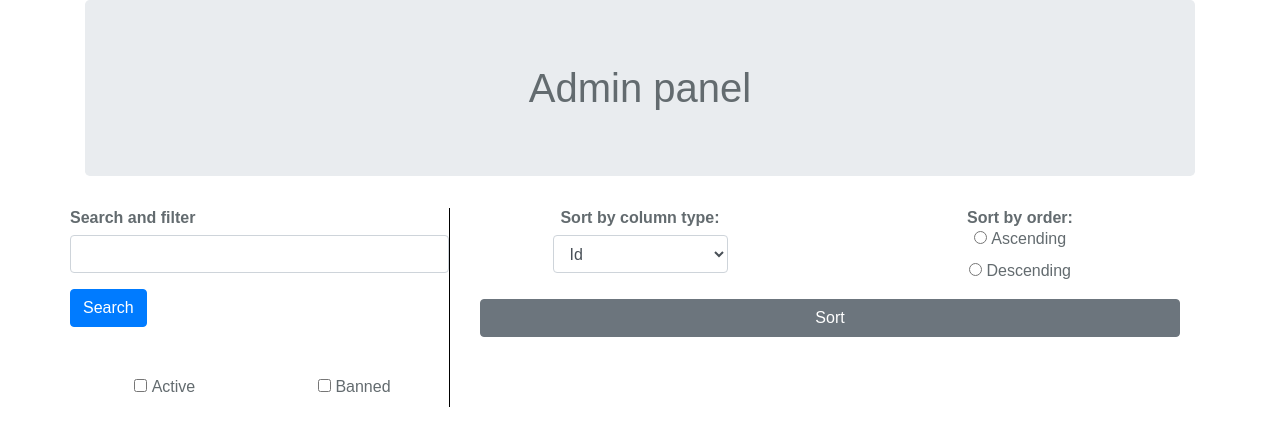
Repository: WOLVGVNG/gameclan
Page: resources/views/admin_panel.blade.php
The author's editor kept a copy of each file at every save. The page is drawn from the files as they stood at one save, then again after the next save.
The browser window is 1280 px wide. The pictures show the whole page.
The page is served by the project's Laravel application, run on PHP 8.4 with Laravel 8. Other server files are loaded and not shown. The template is opened directly, without the code that normally fills it, so the values that code supplies are empty.

Above is the page before, as saved 2019-03-20 17:55:37.

### routes/web.php
<?php

/*
|--------------------------------------------------------------------------
| Web Routes
|--------------------------------------------------------------------------
|
| Here is where you can register web routes for your application. These
| routes are loaded by the RouteServiceProvider within a group which
| contains the "web" middleware group. Now create something great!
|
*/

Route::get('/', 'AdminPanelController@index');

### resources/views/admin_panel.blade.php
@extends('layout.app')
@section('content')
<div class='container text-center'>
    <h1 class='jumbotron'>Admin panel</h1>
    <form action='/' method='GET'>
        <div class='row'>
            <div class='col-md-4 mx-3 mx-md-0' style='border-right: 1px solid black'>
                <!-----------------------------SZUKANIE---------------------------->
                <div class='row'>
                    <h6 class='font-weight-bold'>Search and filter</h6>
                    <input type='text' class='form-control' name='search' value='{{ session('search') }}'>
                </div>
                <div class='row'>
                    <button type='submit' class='btn btn-primary mt-3'>Search</button>
                </div>

                <!-----------------------------FILTROWANIE---------------------------->
                <div class='row mt-5'>
                    <div class='col'>
                        <input type='checkbox' name='filter_active' id='filter_active' value='{{ session('filter_active') }}'>
                        <label for='filter_active'>Active</label>
                    </div>
                    <div class='col'>
                        <input type='checkbox' name='filter_banned' id='filter_banned' value='{{ session('filter_banned') }}'>
                        <label for='filter_banned'>Banned</label>
                    </div>
                </div>
            </div>

            <div class='col-md-8'>
                <!-----------------------------SORTOWANIE---------------------------->
                <div class='row'>
                    <div class='col-sm-6'>
                        <h6 class='font-weight-bold mt-4 mt-md-0'>Sort by column type:</h6>
                        <select class='form-control w-50 mx-auto' name='sort_type' value='{{ session('sort_type') }}'>
                            {{--<option>{{ session('sort_type') }}</option>--}}
                            <option value='id' @if(session('sort_type') == 'id') echo selected @endif>Id</option>
                            <option value='user_name' @if(session('sort_type') == 'user_name') echo selected @endif>User name</option>
                            <option value='email' @if(session('sort_type') == 'email') echo selected @endif>E-mail</option>
                            <option value='active' @if(session('sort_type') == 'active') echo selected @endif>Active</option>
                            <option value='banned' @if(session('sort_type') == 'banned') echo selected @endif>Banned</option>
                            <option value='notifiable_email' @if(session('sort_type') == 'notifiable_email') echo selected @endif>Notifiable email</option>
                            <option value='email_verified_at' @if(session('sort_type') == 'email_verified_at') echo selected @endif>Email verification date</option>
                            <option value='points' @if(session('sort_type') == 'points') echo selected @endif>Points</option>
                            <option value='steam_id' @if(session('sort_type') == 'steam_id') echo selected @endif>Steam id</option>
                            <option value='facebook_id' @if(session('sort_type') == 'facebook_id') echo selected @endif>Facebook id</option>
                            <option value='google_id' @if(session('sort_type') == 'google_id') echo selected @endif>google id</option>
                            <option value='geo' @if(session('sort_type') == 'geo') echo selected @endif>Country</option>
                            <option value='lang' @if(session('sort_type') == 'lang') echo selected @endif>Language</option>
                            <option value='ref' @if(session('sort_type') == 'ref') echo selected @endif>Ref</option>
                            <option value='ref_status' @if(session('sort_type') == 'ref_status') echo selected @endif>Ref status</option>
                            <option value='ref_code' @if(session('sort_type') == 'ref_code') echo selected @endif>Ref code</option>
                            <option value='deleted_at' @if(session('sort_type') == 'deleted_at') echo selected @endif>The date of removal</option>
                            <option value='created_at' @if(session('sort_type') == 'created_at') echo selected @endif>Creation date</option>
                            <option value='updated_at' @if(session('sort_type') == 'updated_at') echo selected @endif>Update date</option>
                        </select>
                    </div>
                    <div class='col-sm-6'>
                        <h6 class='font-weight-bold my-4 my-md-0'>Sort by order:</h6>
                        <input type='radio' name='sort_order' value='asc' id='asc'
                                @if(session('sort_order') == 'asc') echo checked @endif>
                        <label for='asc'>Ascending</label>
                        <br>
                        <input type='radio' name='sort_order' value='desc' id='desc'
                                @if(session('sort_order') == 'desc') echo checked @endif>
                        <label for='desc'>Descending</label>
                    </div>
                </div>
                <div class='col mt-2 mb-5'>
                    <button type='submit' class='btn btn-block btn-secondary'>Sort</button>
                </div>
            </form>

            <!-----------------------------WYŚWIETLANIE---------------------------->
            @foreach($users as $user)
                <div class='row mb-5'>
                    <div class='user-part-div col'>
                        <p class='font-weight-bold'>id</p>
                        <p>{{$user->id}}</p>
                    </div>
                    <div class='user-part-div col'>
                        <p class='font-weight-bold'>user_name</p>
                        <p>{{$user->user_name}}</p>
                    </div>
                    <div class='user-part-div col'>
                        <p class='font-weight-bold'>email</p>
                        <p>{{$user->email}}</p>
                    </div>
                    @if($user->active === 1)
                        <div class='user-part-div col d-flex align-items-center'>
                            <p class='font-weight-bold'>active</p>
                        </div>
                    @endif
                    @if($user->banned === 1)
                    <div class='user-part-div col d-flex align-items-center'>
                        <p class='font-weight-bold'>banned</p>
                    </div>
                    @endif
                    @if(isset($user->email_verified_at))
                        <div class='user-part-div col'>
                            <p class='font-weight-bold'>email_verified_at</p>
                            <p>{{$user->email_verified_at}}</p>
                        </div>
                    @endif
                    @if(isset($user->email_verified_at))
                        <div class='user-part-div col'>
                            <p class='font-weight-bold'>remember_token</p>
                            <p>{{$user->remember_token}}</p>
                        </div>
                    @endif
                    <div class='user-part-div col'>
                        <p class='font-weight-bold'>avatar</p>
                        <p>{{$user->avatar}}</p>
                    </div>
                    <div class='user-part-div col'>
                        <p class='font-weight-bold'>points</p>
                        <p>{{$user->points}}</p>
                    </div>
                    @if(isset($user->steam_id))
                        <div class='user-part-div col'>
                            <p class='font-weight-bold'>steam_id</p>
                            <p>{{$user->steam_id}}</p>
                        </div>
                    @endif
                    @if(isset($user->facebook_id))
                        <div class='user-part-div col'>
                            <p class='font-weight-bold'>facebook_id</p>
                            <p>{{$user->facebook_id}}</p>
                        </div>
                    @endif
                    @if(isset($user->google_id))
                        <div class='user-part-div col'>
                            <p class='font-weight-bold'>google_id</p>
                            <p>{{$user->google_id}}</p>
                        </div>
                    @endif
                    <div class='user-part-div col'>
                        <p class='font-weight-bold'>geo</p>
                        <p>{{$user->geo}}</p>
                    </div>
                    <div class='user-part-div col'>
                        <p class='font-weight-bold'>lang</p>
                        <p>{{$user->lang}}</p>
                    </div>
                    @if(isset($user->ref))
                        <div class='user-part-div col'>
                            <p class='font-weight-bold'>ref</p>
                            <p>{{$user->ref}}</p>
                        </div>
                    @endif
                    @if(isset($user->ref_status))
                        <div class='user-part-div col'>
                            <p class='font-weight-bold'>ref_status</p>
                            <p>{{$user->ref_status}}</p>
                        </div>
                    @endif
                    <div class='user-part-div col'>
                        <p class='font-weight-bold'>ref_code</p>
                        <p>{{$user->ref_code}}</p>
                    </div>
                    @if(isset($user->deleted_at))
                        <div class='user-part-div col'>
                            <p class='font-weight-bold'>deleted_at</p>
                            <p>{{$user->deleted_at}}</p>
                        </div>
                    @endif
                    <div class='user-part-div col'>
                        <p class='font-weight-bold'>created_at</p>
                        <p>{{$user->created_at}}</p>
                    </div>
                    @if(isset($user->updated_at))
                        <div class='user-part-div col'>
                            <p class='font-weight-bold'>updated_at</p>
                            <p>{{$user->updated_at}}</p>
                        </div>
                    @endif
                </div>
            @endforeach
        </div>
    </div>

    <!-----------------------------PAGINACJA---------------------------->
    <div class='row'>
        <div class='mx-auto'>
            {{ $users->links() }}
        </div>
    </div>
</div>
@endsection

### resources/views/layout/app.blade.php
<!doctype html>
<html lang="{{ str_replace('_', '-', app()->getLocale()) }}">
    <head>
        <meta charset="utf-8">
        <meta name="viewport" content="width=device-width, initial-scale=1">

        <title>Laravel</title>

        <link rel="stylesheet" href="https://stackpath.bootstrapcdn.com/bootstrap/4.3.1/css/bootstrap.min.css" integrity="sha384-ggOyR0iXCbMQv3Xipma34MD+dH/1fQ784/j6cY/iJTQUOhcWr7x9JvoRxT2MZw1T" crossorigin="anonymous">

        <style>
            html, body {
                background-color: #fff;
                color: #636b6f;
                font-family: 'Nunito', sans-serif;
                font-weight: 200;
                height: 100vh;
                margin: 0;
            }

            .user-part-div {
                border: 3px solid gray;
            }
        </style>
    </head>
    <body>
        @yield('content')

    </body>
</html>

After the next save:
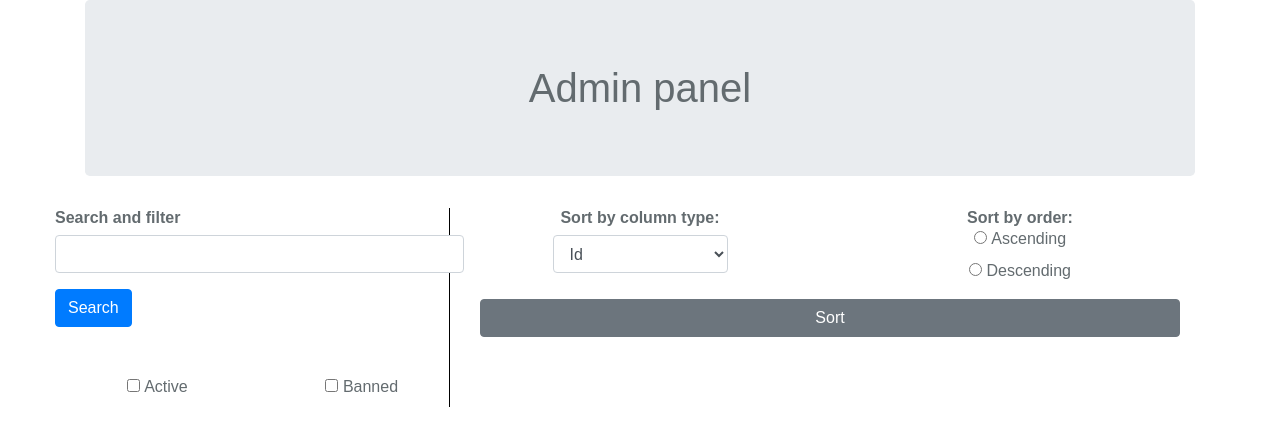
Saved 16 s later.
--- a/resources/views/admin_panel.blade.php
+++ b/resources/views/admin_panel.blade.php
@@ -4,7 +4,7 @@
     <h1 class='jumbotron'>Admin panel</h1>
     <form action='/' method='GET'>
         <div class='row'>
-            <div class='col-md-4 mx-3 mx-md-0' style='border-right: 1px solid black'>
+            <div class='col-md-4 px-3 px-md-0' style='border-right: 1px solid black'>
                 <!-----------------------------SZUKANIE---------------------------->
                 <div class='row'>
                     <h6 class='font-weight-bold'>Search and filter</h6>
